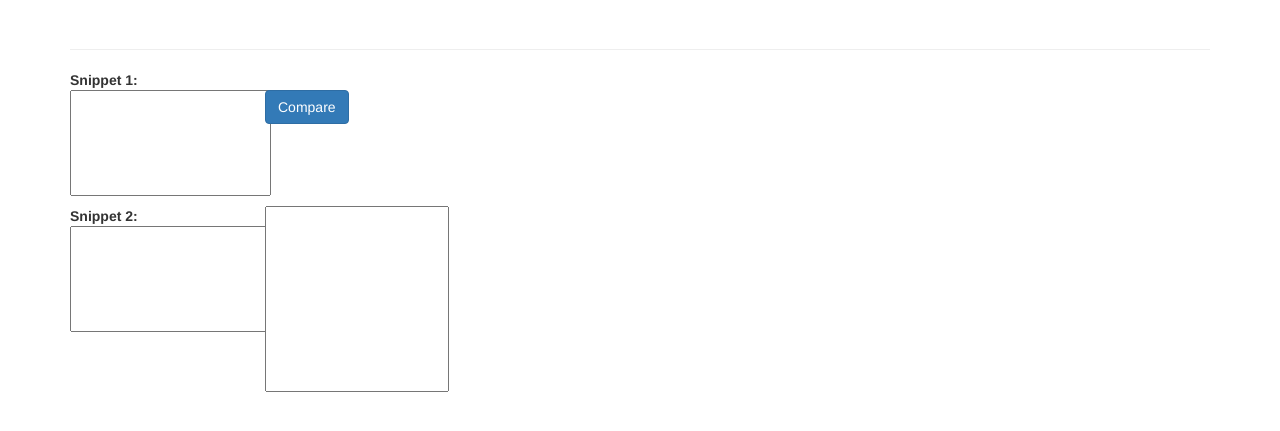
Repository: d4rkm3z/JSPerfomance
Page: index.html
An editor plug-in stored every save of this project. The page is shown before and after a run of saves, followed by the edit.
The browser window is 1280 px wide. The pictures show the whole page.

Above is the page before, as saved 2016-10-25 18:05:05.

After the next 3 saves:
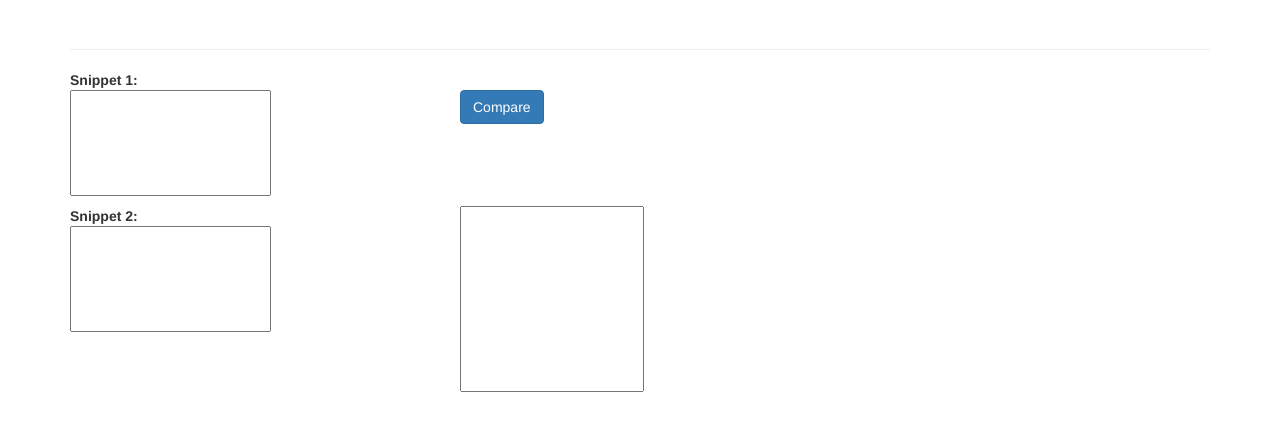
The 3 saves are shown as one change because they came seconds apart.
The last was saved 10 s later.
--- a/index.html
+++ b/index.html
@@ -13,7 +13,7 @@
   <div class="container">
     <div class="page-header"></div>
     <div class="row">
-      <div class="col-md-2">
+      <div class="col-md-4">
         <label>
           Snippet 1:<br>
           <span class="snippets-group span-snippets">
@@ -21,12 +21,12 @@
           </span>
         </label>
       </div>
-      <div class="col-md-2">
+      <div class="col-md-4">
         <button type="button" id="calculate" class="btn btn-primary btn-default btn-compare">Compare</button>
       </div>
     </div>
     <div class="row">
-      <div class="col-md-2">
+      <div class="col-md-4">
         <label>
           Snippet 2:<br>
           <span class="snippets-group span-snippets">
@@ -34,7 +34,7 @@
           </span>
         </label>
       </div>
-      <div class="col-md-2">
+      <div class="col-md-4">
         <span class="snippets-group snippet-result">
           <textarea id="result" rows="9" cols="20" style="resize:none"></textarea>
         </span>
